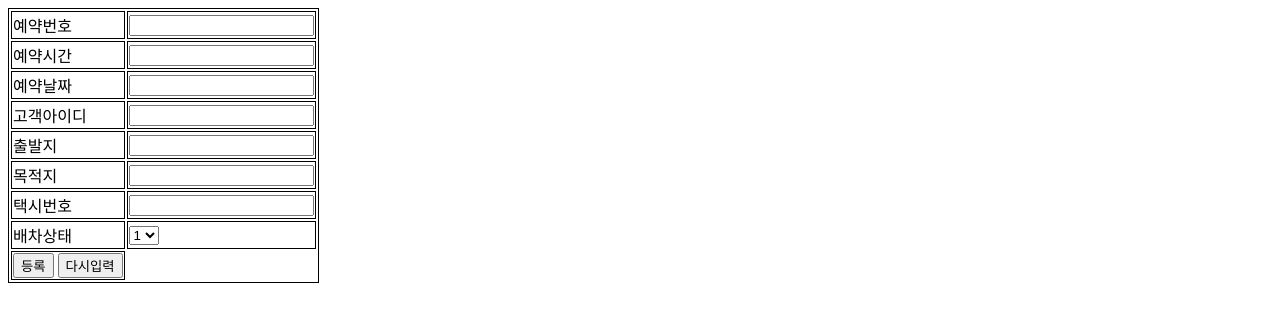
Repository: khs220507/WebClass
Page: prj0828/src/main/webapp/register_taxi.html
The author's editor kept a copy of each file at every save. The page is drawn from the files as they stood at one save, then again after the next save.
The browser window is 1280 px wide. The pictures show the whole page.

Above is the page before, as saved 2023-08-28 06:46:14.

### prj0828/src/main/webapp/register_taxi.html
<!DOCTYPE html>
<html>
<head>
<meta charset="UTF-8">
<title>Insert title here</title>
<link href="./css/register_taxi.css" rel="stylesheet"/>
</head>
<body>

	<table>
		<tr>
			<td>예약번호</td>
			<td><input type="text"></td>
		</tr>
		<tr>
			<td>예약시간</td>
			<td><input type="text"></td>
		</tr>
		<tr>
			<td>예약날짜</td>
			<td><input type="text"></td>
		</tr>
		<tr>
			<td>고객아이디</td>
			<td><input type="text"></td>
		</tr>
		<tr>
			<td>출발지</td>
			<td><input type="text"></td>
		</tr>
		<tr>
			<td>목적지</td>
			<td><input type="text"></td>
		</tr>
		<tr>
			<td>택시번호</td>
			<td><input type="text"></td>
		</tr>
		<tr>
			<td>배차상태</td>
			<td><select>
				<option>1</option>
				<option>2</option>
				<option>3</option>
			</select></td>
		</tr>
		<tr>
			<td><button>등록</button>
			<button>다시입력</button></td>

		</tr>
	</table>

</body>
</html>

### prj0828/src/main/webapp/css/register_taxi.css
@charset "UTF-8";


table{
	border: 1px solid black;
	border-collapse: true;
}
td{
	border: 1px solid black;
	border-collapse: true;
}

After the next save:
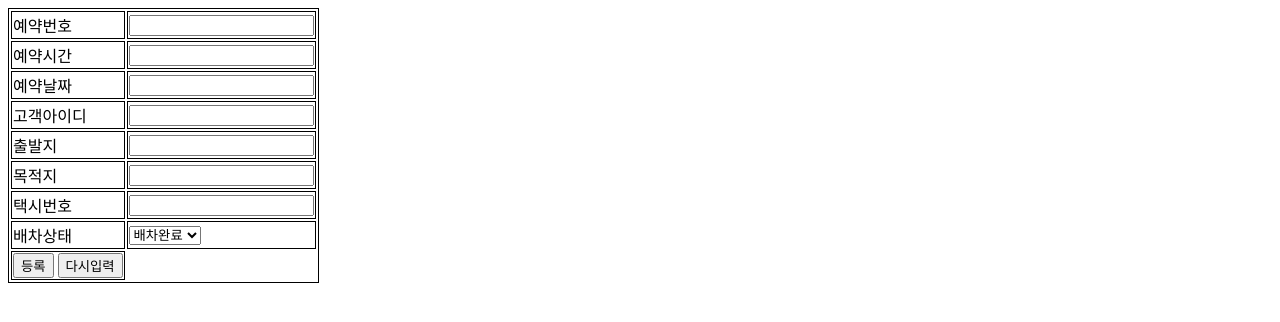
Saved 76 s later.
--- a/prj0828/src/main/webapp/register_taxi.html
+++ b/prj0828/src/main/webapp/register_taxi.html
@@ -38,10 +38,10 @@
 		</tr>
 		<tr>
 			<td>배차상태</td>
-			<td><select>
-				<option>1</option>
-				<option>2</option>
-				<option>3</option>
+			<td><select name="선택하기" >
+				<option>배차완료</option>
+				<option>배차준비</option>
+				<option>배차미정</option>
 			</select></td>
 		</tr>
 		<tr>
